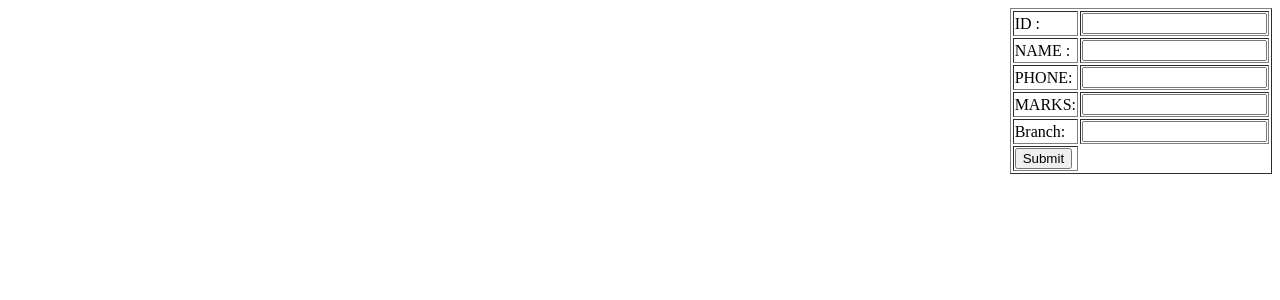
Repository: MayuriShinde124/Mayuri_20136571
Page: Question2StudentRegistrationPage/src/main/webapp/Registration.html
These files come from the project's save history. The page is drawn as it stood at one moment and after the next save; the edit follows.
The browser window is 1280 px wide. The pictures show the whole page.

Above is the page before, as saved 2023-07-11 07:36:42.

### Question2StudentRegistrationPage/src/main/webapp/Registration.html
<!DOCTYPE html>
<html>
<head>
<meta charset="ISO-8859-1">
<title>Insert title here</title>

</head>
<body>

<form action="Register">
<table border="1" style="margin-left: auto;
  margin-right:">
<tr>
<td>
ID :
</td><td><input type="text" name="sid"></td>
<tr>
<td>
NAME :</td><td><input type="text" name="sname"></td>
<tr>
<td>
PHONE:</td><td><input type="text" name="sphone"></td></tr>
<tr><td>
MARKS:
</td><td><input type="text" name="smarks"></td></tr>
<tr><td>
Branch:</td><td><input type="text" name="sbranch"></td></tr>
<tr><td>
<input type="submit" name="click">
</td>
</tr>
</table>
</form>


</body>
</html>

After the next save:
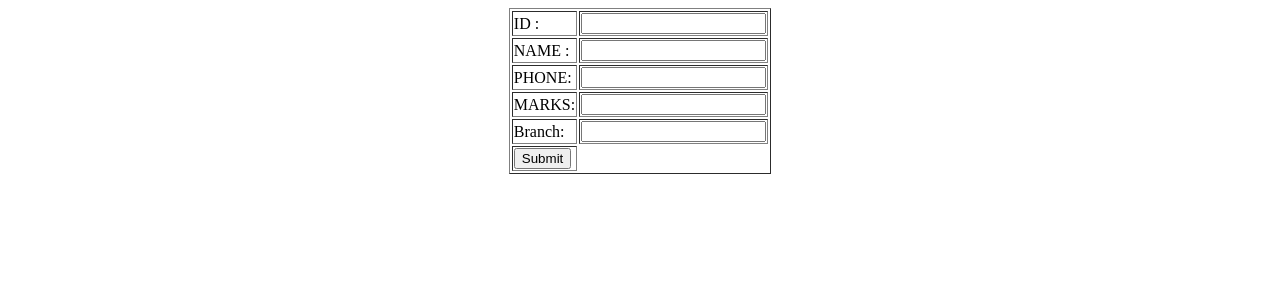
Saved 19 s later.
--- a/Question2StudentRegistrationPage/src/main/webapp/Registration.html
+++ b/Question2StudentRegistrationPage/src/main/webapp/Registration.html
@@ -9,7 +9,7 @@
 
 <form action="Register">
 <table border="1" style="margin-left: auto;
-  margin-right:">
+  margin-right: auto;">
 <tr>
 <td>
 ID :
